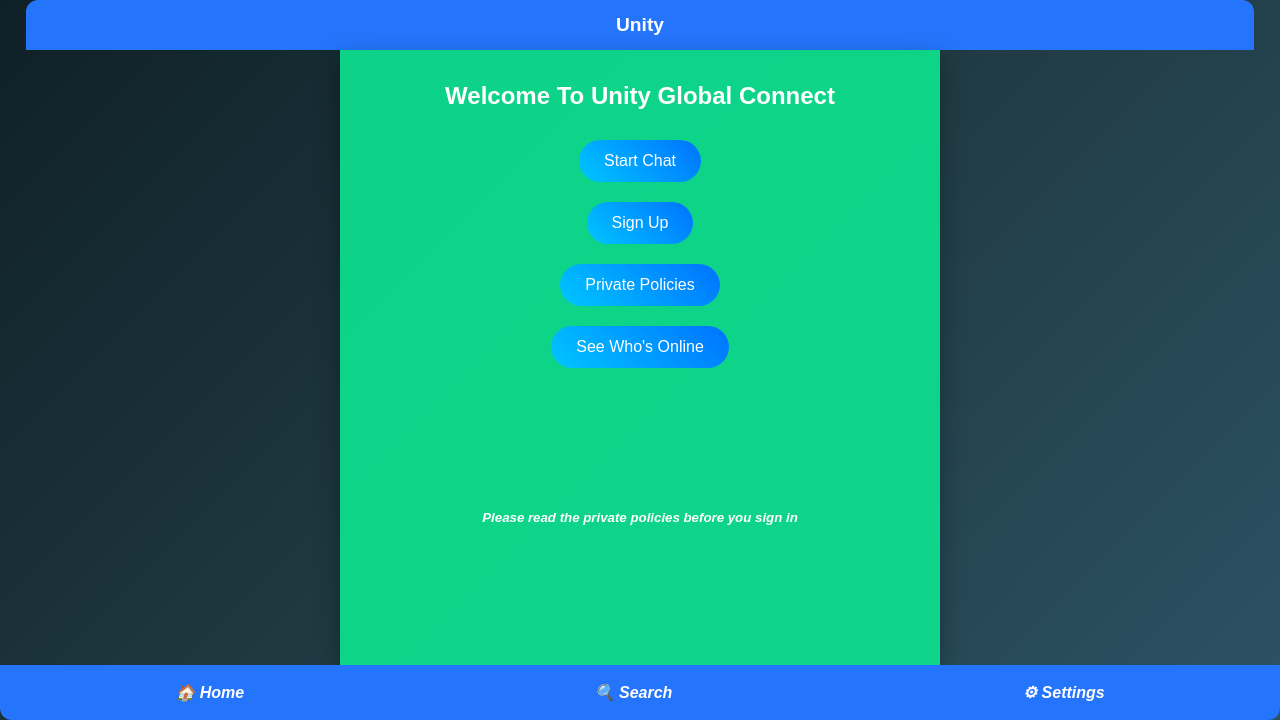
Repository: Amani-Kibet/express-app-web
Page: pages/home.html
These files come from the project's save history. The page is drawn as it stood at one moment and after the next save; the edit follows.
The browser window is 1280 px wide. The pictures show the whole page.

Above is the page before, as saved 2025-09-29 22:30:02.

After the next save:
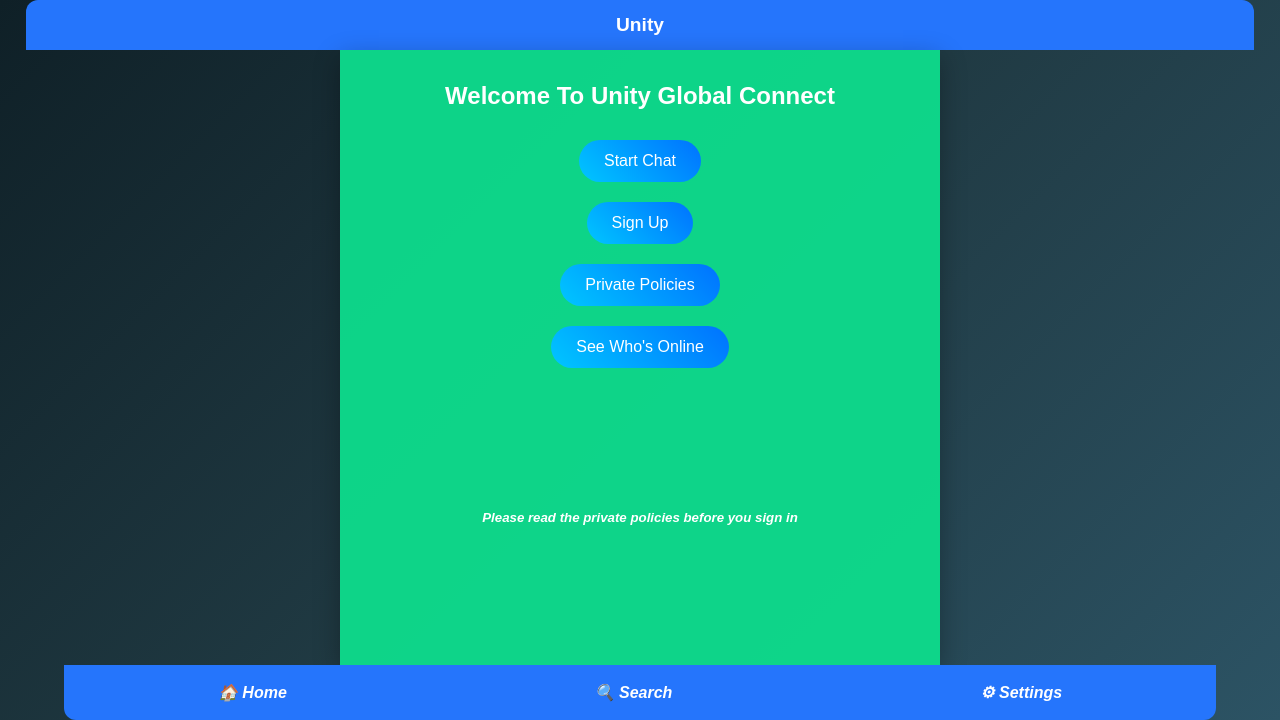
Saved 11 s later.
--- a/pages/home.html
+++ b/pages/home.html
@@ -41,7 +41,7 @@
 
       /* Bottom App Bar */
       .bottom-bar {
-        width: 100vw;
+        width: 90vw;
         height: 55px;
         background: #2575fc;
         color: white;
